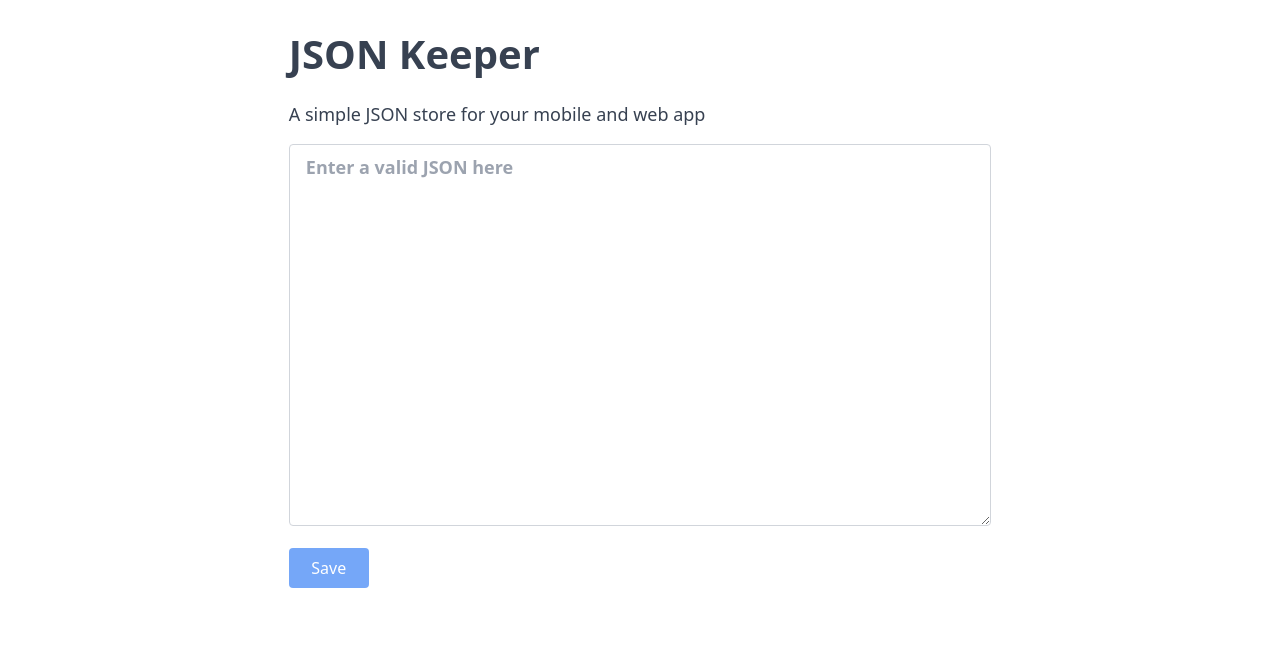
Repository: lakshithapramodya/jsonhub
Page: / (app in client/)
These files come from the project's save history. The page is drawn as it stood at one moment and after the next save; the edit follows.
The browser window is 1280 px wide. The pictures show the whole page.
The page's requests for data from a server got no answer. The project was rebuilt for these pictures with package versions that can differ from the ones it lists, and the page was loaded fresh each time. No one was signed in, and anything a server would have sent is missing. Also part of the build but not shown: client/src/HandleJsonData.js.

Above is the page before, as saved 2023-05-10 12:39:04.

### client/src/index.js
import React from "react";
import ReactDOM from "react-dom/client";
import "./index.css";
import App from "./App";
import { BrowserRouter, Route, Routes } from "react-router-dom";
import HandleJsonData from "./HandleJsonData";

const root = ReactDOM.createRoot(document.getElementById("root"));
root.render(
  <React.StrictMode>
    <BrowserRouter>
      <Routes>
        <Route path="/" element={<App />} />
        <Route path=":url" element={<HandleJsonData />} />
      </Routes>
    </BrowserRouter>
  </React.StrictMode>
);

### client/src/App.js
import { useState } from "react";
import { SERVER_ENDPOINT } from "./config/Default";
import axios from "axios";

function App() {
  const [input, setInput] = useState([]);
  const [url, setUrl] = useState("");

  const sendRequest = async () => {
    const res = await axios
      .post(`${SERVER_ENDPOINT}/api/json`, {
        text: input,
      })
      .then()
      .catch((err) => console.log(err));
    const data = res.data;
    return data;
  };

  const handleSubmit = (e) => {
    e.preventDefault();
    sendRequest().then((res) => {
      console.log(res.url);
      res && setInput([]);
      setUrl(res.url);
    });
  };

  function isJsonString(str) {
    try {
      JSON.parse(str);
    } catch (e) {
      return false;
    }
    return true;
  }

  return (
    <div className="min-w-full min-h-screen flex flex-col">
      {url && (
        <a href={`${SERVER_ENDPOINT}/${url}`}>{`${SERVER_ENDPOINT}/${url}`}</a>
      )}
      <div className="flex flex-col mx-auto mt-6 w-full sm:w-[80%] md:w-[70%] lg:w-[58%] items-center justify-center">
        <form onSubmit={handleSubmit} className="w-full space-y-4 px-5">
          <h1 className="text-[2.5rem] font-semibold text-gray-700">
            JSON Keeper
          </h1>
          <p className="text-gray-700 text-lg">
            A simple JSON store for your mobile and web app
          </p>
          <textarea
            placeholder="Enter a valid JSON here"
            onChange={(e) => setInput(e.target.value)}
            value={input}
            rows={13}
            className={`border border-gray-300 w-full rounded p-2 px-4 text-lg font-semibold focus:outline-none`}
          />
          <button
            className="bg-blue-500 p-2 px-3 w-20 rounded text-white disabled:opacity-70"
            disabled={!isJsonString(input)}
            type="submit"
          >
            Save
          </button>
        </form>
      </div>
    </div>
  );
}

export default App;

### client/src/config/Default.js
export const SERVER_ENDPOINT =
  process.env.REACT_APP_SERVER_ENDPOINT || "http://localhost:5000";

Loaded but not shown: client/public/index.html (common file); client/src/index.css (common file); client/tailwind.config.js (common file)

After the next save:
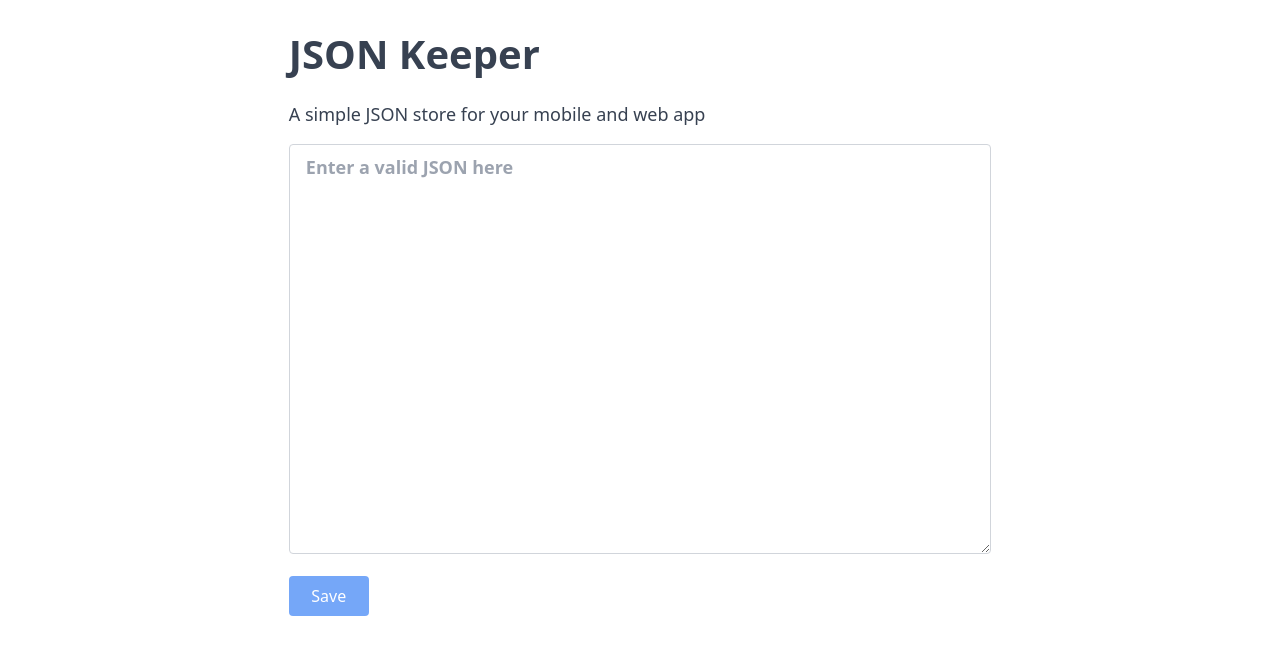
Saved 7 s later.
--- a/client/src/App.js
+++ b/client/src/App.js
@@ -52,7 +52,7 @@ function App() {
             placeholder="Enter a valid JSON here"
             onChange={(e) => setInput(e.target.value)}
             value={input}
-            rows={13}
+            rows={14}
             className={`border border-gray-300 w-full rounded p-2 px-4 text-lg font-semibold focus:outline-none`}
           />
           <button
